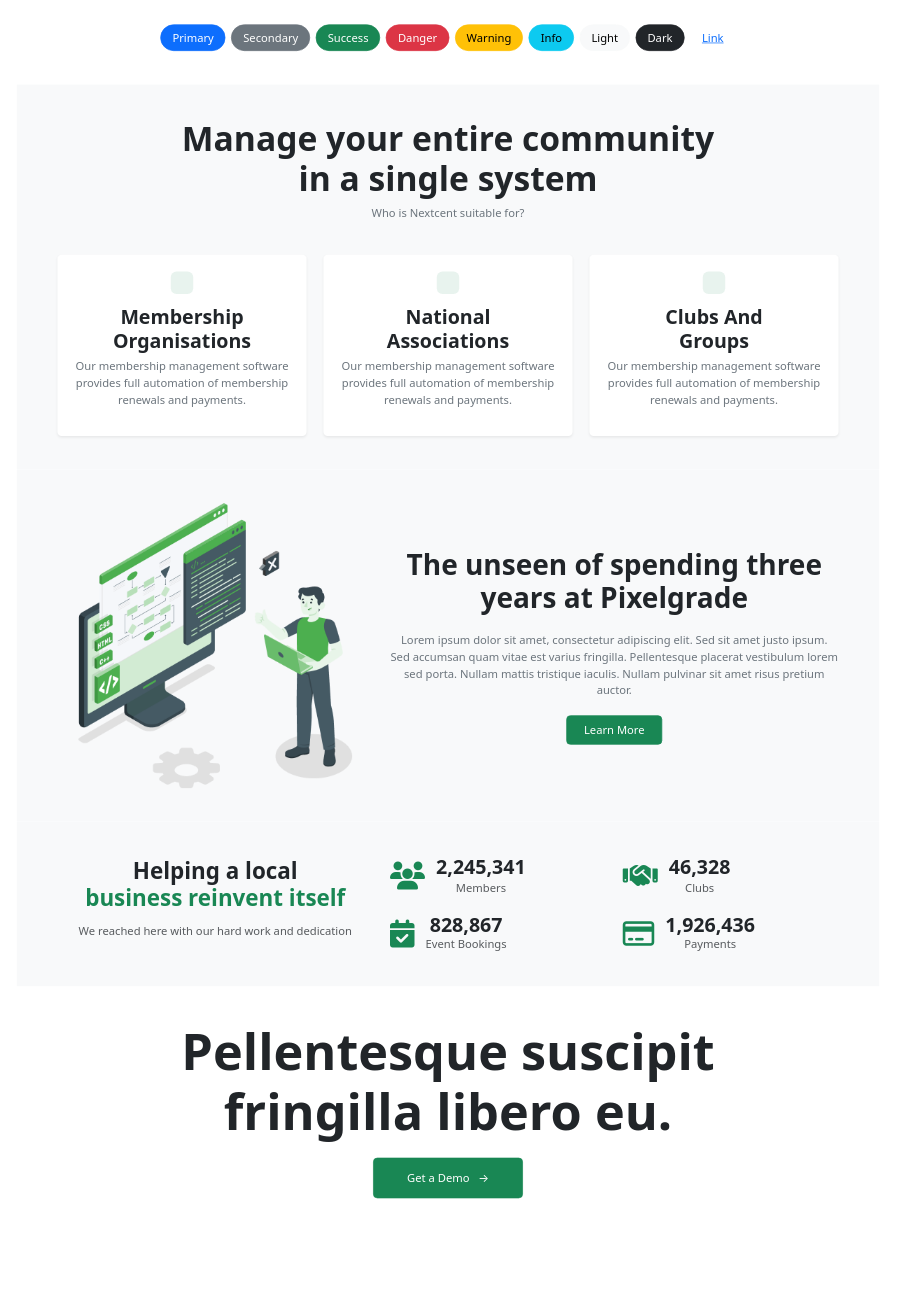
Repository: Laibaaa10/Bootstrap1
Page: index.html
The author's editor kept a copy of each file at every save. The page is drawn from the files as they stood at one save, then again after the next save.
The browser window is 1280 px wide. The page is 1304 px wide, so the pictures cover 1304 px, including what lies to the right of the window. The pictures show the part of the page from y = 1037 to 2917 px (the page is 2893 px tall before and 2917 px after), at 70% of full size.

Above is the page before, as saved 2026-06-18 07:46:23.

### index.html
<!DOCTYPE html>
<html lang="en">

<head>
    <meta charset="UTF-8">
    <meta name="viewport" content="width=device-width, initial-scale=1.0">
    <title>Navbar</title>
    <link href="https://cdn.jsdelivr.net/npm/bootstrap@5.3.3/dist/css/bootstrap.min.css" rel="stylesheet">
    <link rel="stylesheet" href="style.css">
</head>

<body>
    <!-- Navbar start  -->

    <nav class="navbar navbar-expand-lg custom-navbar">
        <div class="container">


            <a class="navbar-brand d-flex align-items-center w-" href="#">
                <img src="./images/Logo (1).png" alt="Logo" class="logo">
            </a>



            <button class="navbar-toggler" type="button" data-bs-toggle="collapse" data-bs-target="#navbarContent">
                <span class="navbar-toggler-icon"></span>
            </button>

            <div class="collapse navbar-collapse" id="navbarContent">

                <ul class="navbar-nav mx-auto mb-2 mb-lg-0">
                    <li class="nav-item">
                        <a class="nav-link active" href="#">Home</a>
                    </li>
                    <li class="nav-item">
                        <a class="nav-link" href="#">Features</a>
                    </li>
                    <li class="nav-item">
                        <a class="nav-link" href="#">Community</a>
                    </li>
                    <li class="nav-item">
                        <a class="nav-link" href="#">Blog</a>
                    </li>
                    <li class="nav-item">
                        <a class="nav-link" href="#">Pricing</a>
                    </li>
                </ul>
                <a href="#" class="btn register-btn">
                    Register Now →
                </a>

            </div>
        </div>
    </nav>
    <!-- Navbar end -->

    <!-- Hero section start  -->

    <div class="row flex-lg-row-reverse align-items-center g-5 py-5">
        <div class="col-10 col-sm-8 col-lg-6"> <img src="./images/Illustration.png" class="d-block mx-lg-auto img-fluid"
                alt="Bootstrap Themes" width="700" height="500" loading="lazy"> </div>
        <div class="col-lg-6">
            <h1 class="display-5 fw-bold text-body-emphasis lh-1 mb-3">Lessons and insights</h1>
            <h1 class="display-5 fw-bold text-body-emphasis lh-1 mb-3 bg">from 8 years</h1>
            <p class="lead">where to grow your business as a photographer: site or social media</p>
            <div class="d-grid gap-2 d-md-flex justify-content-md-start"> <button type="button"
                    class="btn btn-outline-secondary btn-lg px-4 bgcolor">Register</button> </div>
        </div>
    </div>

    <div class="px-4 py-5 my-5 text-center">
        <h1 class="display-5 fw-bold text-body-emphasis">Our Clients</h1>
        <div class="col-lg-6 mx-auto">
            <p class="lead mb-4">We have been working with some Fortune 500+ clients</p>
        </div>
        <div class="d-flex gap-2 justify-content-center py-5"> <button class="btn btn-primary rounded-pill px-3"
                type="button">Primary</button> <button class="btn btn-secondary rounded-pill px-3"
                type="button">Secondary</button> <button class="btn btn-success rounded-pill px-3"
                type="button">Success</button> <button class="btn btn-danger rounded-pill px-3"
                type="button">Danger</button> <button class="btn btn-warning rounded-pill px-3"
                type="button">Warning</button> <button class="btn btn-info rounded-pill px-3"
                type="button">Info</button> <button class="btn btn-light rounded-pill px-3" type="button">Light</button>
            <button class="btn btn-dark rounded-pill px-3" type="button">Dark</button> <button
                class="btn btn-link rounded-pill px-3" type="button">Link</button> </div>


             <section class="py-5 bg-light">
    <div class="container">

        <div class="text-center mb-5">
            <h1 class="fw-bold display-5 text-dark">
                Manage your entire community <br>
                in a single system
            </h1>

            <p class="text-secondary">
                Who is Nextcent suitable for?
            </p>
        </div>

        <div class="row g-4">
            <div class="col-md-4">
                <div class="card border-0 shadow-sm h-100 text-center p-4">

                    <div class="mx-auto bg-success bg-opacity-10 rounded-3 p-3 mb-3">
                        <i class="bi bi-people fs-2 text-success"></i>
                    </div>

                    <h3 class="fw-bold">
                        Membership <br> Organisations
                    </h3>

                    <p class="text-secondary">
                        Our membership management software provides full automation of membership renewals and payments.
                    </p>

                </div>
            </div>
            <div class="col-md-4">
                <div class="card border-0 shadow-sm h-100 text-center p-4">

                    <div class="mx-auto bg-success bg-opacity-10 rounded-3 p-3 mb-3">
                        <i class="bi bi-building fs-2 text-success"></i>
                    </div>

                    <h3 class="fw-bold">
                        National <br> Associations
                    </h3>

                    <p class="text-secondary">
                        Our membership management software provides full automation of membership renewals and payments.
                    </p>

                </div>
            </div>
            <div class="col-md-4">
                <div class="card border-0 shadow-sm h-100 text-center p-4">

                    <div class="mx-auto bg-success bg-opacity-10 rounded-3 p-3 mb-3">
                        <i class="bi bi-diagram-3 fs-2 text-success"></i>
                    </div>

                    <h3 class="fw-bold">
                        Clubs And <br> Groups
                    </h3>

                    <p class="text-secondary">
                        Our membership management software provides full automation of membership renewals and payments.
                    </p>

                </div>
            </div>

        </div>

    </div>
</section>

<section class="bg-light py-5">
    <div class="container">
        <div class="row align-items-center">

            <!-- Image Section -->
            <div class="col-lg-5 text-center mb-4 mb-lg-0">
                <img src="illustration.png" alt="Illustration"
                     class="img-fluid">
            </div>

            <!-- Content Section -->
            <div class="col-lg-7">
                <h1 class="fw-bold text-dark mb-4">
                    The unseen of spending three years at Pixelgrade
                </h1>

                <p class="text-secondary mb-4">
                    Lorem ipsum dolor sit amet, consectetur adipiscing elit.
                    Sed sit amet justo ipsum. Sed accumsan quam vitae est
                    varius fringilla. Pellentesque placerat vestibulum lorem
                    sed porta. Nullam mattis tristique iaculis. Nullam pulvinar
                    sit amet risus pretium auctor.
                </p>

                <button class="btn btn-success px-4 py-2">
                    Learn More
                </button>
            </div>

        </div>
    </div>
</section>
<!DOCTYPE html>
<html lang="en">
<head>
<meta charset="UTF-8">
<meta name="viewport" content="width=device-width, initial-scale=1.0">
<title>Community Section</title>

<link href="https://cdn.jsdelivr.net/npm/bootstrap@5.3.3/dist/css/bootstrap.min.css" rel="stylesheet">
<link rel="stylesheet" href="https://cdnjs.cloudflare.com/ajax/libs/font-awesome/6.5.2/css/all.min.css">
</head>

<body>

<!-- Stats Section Start -->
<section class="bg-light py-5">
    <div class="container">
        <div class="row align-items-center">

            <div class="col-lg-5">
                <h2 class="fw-bold text-dark">
                    Helping a local <br>
                    <span class="text-success">business reinvent itself</span>
                </h2>
                <p class="text-muted mt-3">
                    We reached here with our hard work and dedication
                </p>
            </div>
            <div class="col-lg-7">
                <div class="row g-4">

                    <div class="col-md-6 d-flex align-items-center">
                        <i class="fa-solid fa-users text-success fs-1 me-3"></i>
                        <div>
                            <h3 class="fw-bold mb-0">2,245,341</h3>
                            <p class="text-muted mb-0">Members</p>
                        </div>
                    </div>

                    <div class="col-md-6 d-flex align-items-center">
                        <i class="fa-solid fa-handshake text-success fs-1 me-3"></i>
                        <div>
                            <h3 class="fw-bold mb-0">46,328</h3>
                            <p class="text-muted mb-0">Clubs</p>
                        </div>
                    </div>

                    <div class="col-md-6 d-flex align-items-center">
                        <i class="fa-solid fa-calendar-check text-success fs-1 me-3"></i>
                        <div>
                            <h3 class="fw-bold mb-0">828,867</h3>
                            <p class="text-muted mb-0">Event Bookings</p>
                        </div>
                    </div>

                    <div class="col-md-6 d-flex align-items-center">
                        <i class="fa-regular fa-credit-card text-success fs-1 me-3"></i>
                        <div>
                            <h3 class="fw-bold mb-0">1,926,436</h3>
                            <p class="text-muted mb-0">Payments</p>
                        </div>
                    </div>

                </div>
            </div>

        </div>
    </div>
</section>

<!--Demo Section Start-->
<section class="py-5 text-center">
    <div class="container">
        <h1 class="display-2 fw-bold text-dark mb-4">
            Pellentesque suscipit <br>
            fringilla libero eu.
        </h1>

        <button class="btn btn-success px-5 py-3">
            Get a Demo &nbsp; →
        </button>
    </div>
</section>
<!--Demo Section End-->

</body>
</html>
        <script src="https://cdn.jsdelivr.net/npm/bootstrap@5.3.3/dist/js/bootstrap.bundle.min.js"></script>

</body>

</html>

### style.css
body {
    margin: 0;
    background: #f5f5f5;
    font-family: Arial, sans-serif;
}

.custom-navbar {
    background: #ffffff;
    padding: 12px 0;
    box-shadow: 0 1px 5px rgba(0,0,0,0.05);
}

.logo {
    height: 45px;
    width: auto;
}

.navbar-nav .nav-link {
    color: #333;
    font-size: 15px;
    font-weight: 500;
    margin: 0 12px;
    transition: 0.3s;
}

.navbar-nav .nav-link:hover,
.navbar-nav .nav-link.active {
    color: #28a745;
}

.register-btn {
    background: #4CAF50;
    color: #fff;
    padding: 10px 24px;
    border-radius: 4px;
    font-size: 14px;
    font-weight: 500;
    text-decoration: none;
    transition: 0.3s;
}

.register-btn:hover {
    background: #43a047;
    color: #fff;
}

@media (max-width: 991px) {
    .navbar-nav {
        text-align: center;
        padding: 15px 0;
    }

    .register-btn {
        display: block;
        width: fit-content;
        margin: 15px auto 0;
    }
}
.bgcolor{
    background-color: #4CAF4F;
    text-decoration: none;
    color: white;
}

After the next save:
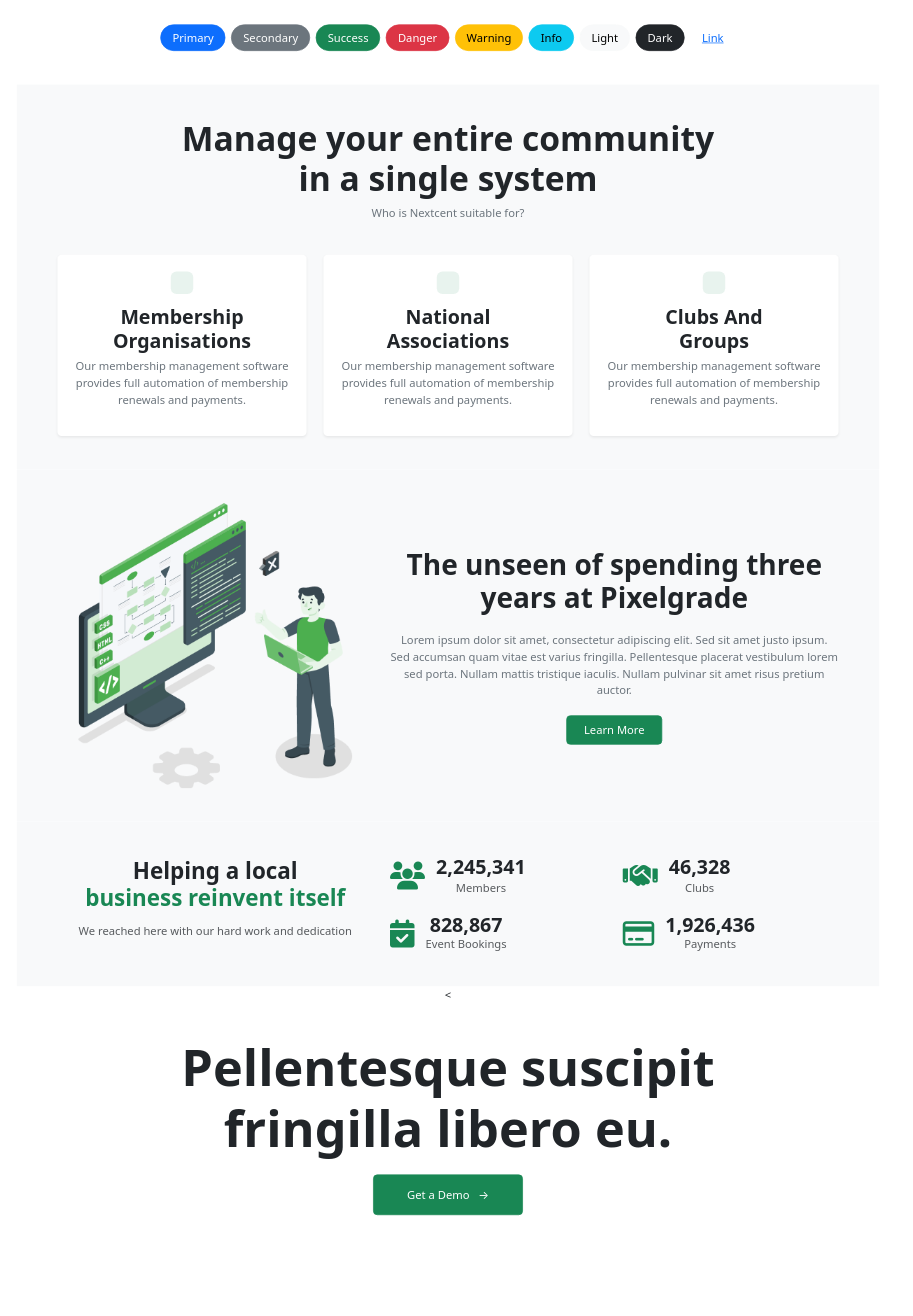
Saved 6 s later.
--- a/index.html
+++ b/index.html
@@ -256,6 +256,7 @@
         </div>
     </div>
 </section>
+<
 
 <!--Demo Section Start-->
 <section class="py-5 text-center">

After the 2 saves that followed:
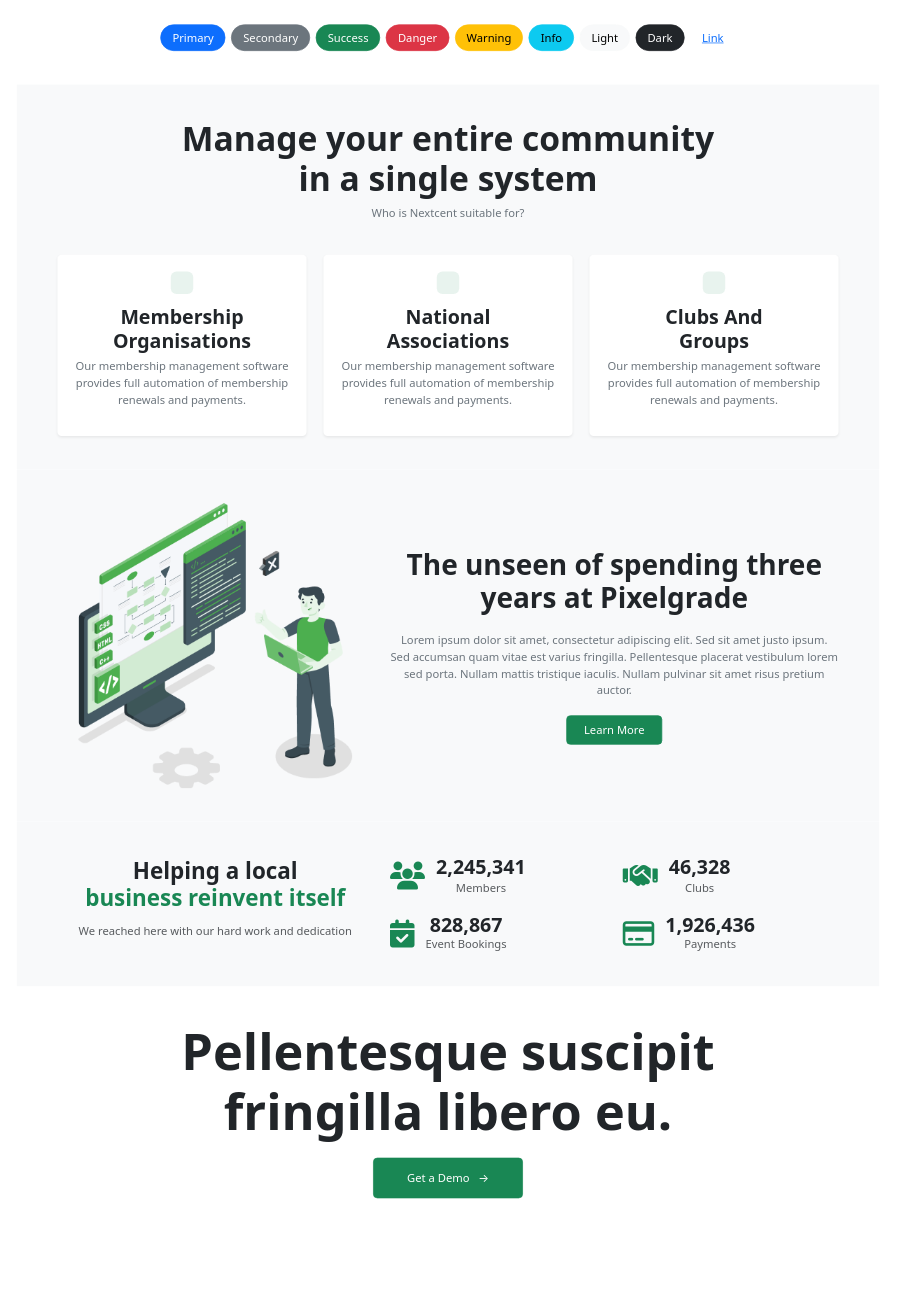
The 2 saves are shown as one change because they came seconds apart.
The last was saved 6 s later.
--- a/index.html
+++ b/index.html
@@ -256,7 +256,7 @@
         </div>
     </div>
 </section>
-<
+<!-- Stats Section End -->
 
 <!--Demo Section Start-->
 <section class="py-5 text-center">
